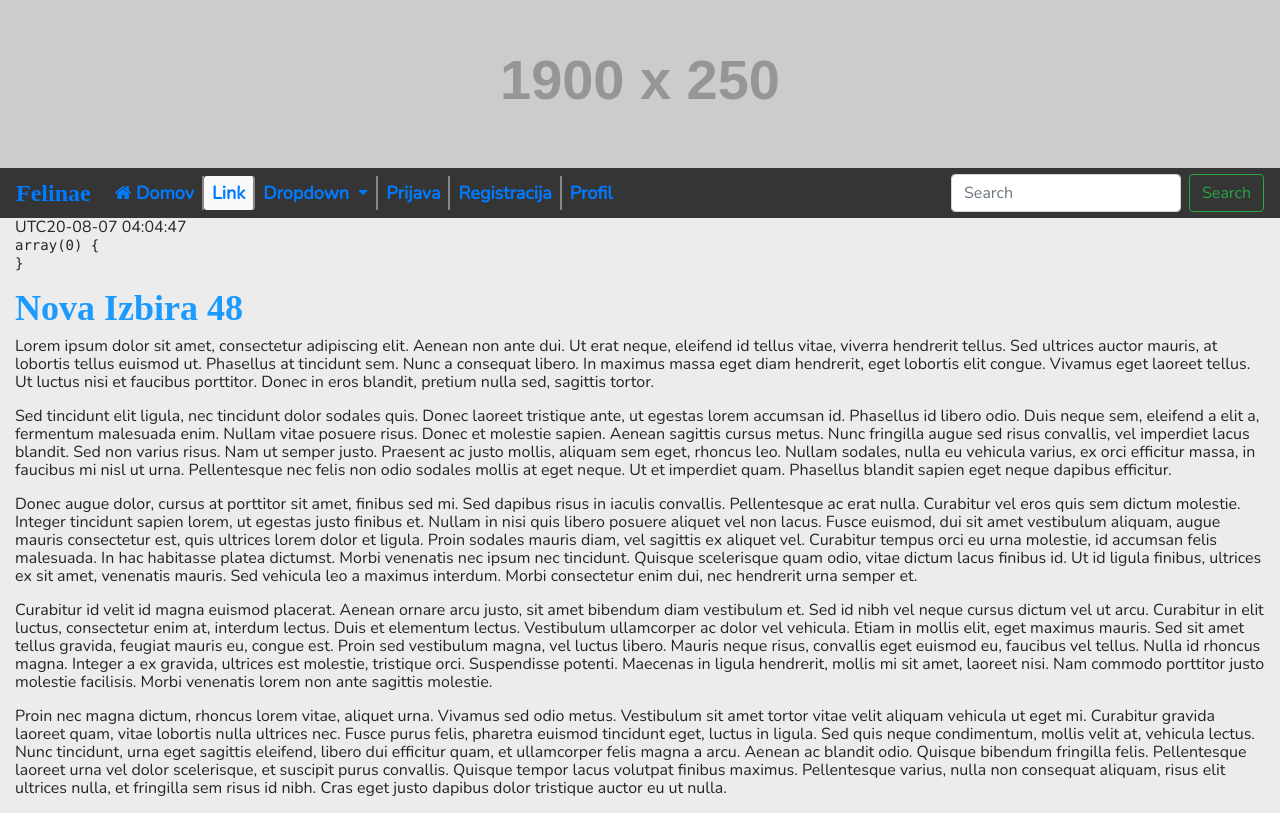
Repository: UrbyK/Felinae
Page: http://localhost/index.php?page=home
An editor plug-in stored every save of this project. The page is shown before and after the next save, followed by the edit.
The browser window is 1280 px wide. The pictures show the whole page.
Some web fonts or font styles are not loaded; a fallback is used. The page is run by PHP 8.4 with error messages shown; the project is at /var/www/html/.

Above is the page before, as saved 2020-08-13 13:51:54.

### index.php
<?php
    session_start();

    include './functions.php';

    $pdo = pdo_connect_mysql();

    $page = isset($_GET['page']) && file_exists($_GET['page']. '.php') ? $_GET['page'] : 'home';
    include $page . '.php';


?>

### functions.php
<?php
    include './includes/dbh.inc.php';

    include_once('./includes/search-functions.php');

    function template_header($title){
        include_once('./header.php');
    }

    function template_footer(){
        include_once('./footer.php');
    }


    function countries(){
        $pdo = pdo_connect_mysql();
        $stmt = $pdo->prepare("SELECT * FROM country");
        $stmt->execute();
        $result = $stmt->fetchAll(PDO::FETCH_ASSOC);
        return $result;
    }


?>

### includes/dbh.inc.php
<?php
    function pdo_connect_mysql(){
        /* credentials */
        $dbHost = 'localhost';
        $dbUser = 'root';
        $dbPass = '';
        $dbName = 'felinae';

        try{
            return new PDO('mysql:host=' . $dbHost . ';dbname=' . $dbName . ';charset=utf8', $dbUser, $dbPass);
        } catch (PDOException $exception) {
            // If there is an error with the connection, stop the script and display the error.
            die ('Failed to connect to database!'. $exception->getMessage());
        }
    }
?>

### includes/search-functions.php
<?php
    function get_city($pdo, $city, $postalCode, $country_id){

        $query = "SELECT * FROM city WHERE country_id = ? AND lower(city) LIKE lower(?) AND postalCode = ?";
        $stmt = $pdo->prepare($query);
        $stmt->execute([$country_id, $city, $postalCode]);
        return $stmt;
    }
?>

### home.php
<?=template_header('Home')?>

<?php

echo date_default_timezone_get();
echo date('y-m-d h:i:s', time());


echo '<pre>';
var_dump($_SESSION);
echo '</pre>';
?>

    <h1>Nova Izbira 48</h1>
<p>
Lorem ipsum dolor sit amet, consectetur adipiscing elit. Aenean non ante dui. Ut erat neque, eleifend id tellus vitae, viverra hendrerit tellus. Sed ultrices auctor mauris, at lobortis tellus euismod ut. Phasellus at tincidunt sem. Nunc a consequat libero. In maximus massa eget diam hendrerit, eget lobortis elit congue. Vivamus eget laoreet tellus. Ut luctus nisi et faucibus porttitor. Donec in eros blandit, pretium nulla sed, sagittis tortor.
</p>
<p>
Sed tincidunt elit ligula, nec tincidunt dolor sodales quis. Donec laoreet tristique ante, ut egestas lorem accumsan id. Phasellus id libero odio. Duis neque sem, eleifend a elit a, fermentum malesuada enim. Nullam vitae posuere risus. Donec et molestie sapien. Aenean sagittis cursus metus. Nunc fringilla augue sed risus convallis, vel imperdiet lacus blandit. Sed non varius risus. Nam ut semper justo. Praesent ac justo mollis, aliquam sem eget, rhoncus leo. Nullam sodales, nulla eu vehicula varius, ex orci efficitur massa, in faucibus mi nisl ut urna. Pellentesque nec felis non odio sodales mollis at eget neque. Ut et imperdiet quam. Phasellus blandit sapien eget neque dapibus efficitur.
</p>
<p>
Donec augue dolor, cursus at porttitor sit amet, finibus sed mi. Sed dapibus risus in iaculis convallis. Pellentesque ac erat nulla. Curabitur vel eros quis sem dictum molestie. Integer tincidunt sapien lorem, ut egestas justo finibus et. Nullam in nisi quis libero posuere aliquet vel non lacus. Fusce euismod, dui sit amet vestibulum aliquam, augue mauris consectetur est, quis ultrices lorem dolor et ligula. Proin sodales mauris diam, vel sagittis ex aliquet vel. Curabitur tempus orci eu urna molestie, id accumsan felis malesuada. In hac habitasse platea dictumst. Morbi venenatis nec ipsum nec tincidunt. Quisque scelerisque quam odio, vitae dictum lacus finibus id. Ut id ligula finibus, ultrices ex sit amet, venenatis mauris. Sed vehicula leo a maximus interdum. Morbi consectetur enim dui, nec hendrerit urna semper et.
</p>
<p>
Curabitur id velit id magna euismod placerat. Aenean ornare arcu justo, sit amet bibendum diam vestibulum et. Sed id nibh vel neque cursus dictum vel ut arcu. Curabitur in elit luctus, consectetur enim at, interdum lectus. Duis et elementum lectus. Vestibulum ullamcorper ac dolor vel vehicula. Etiam in mollis elit, eget maximus mauris. Sed sit amet tellus gravida, feugiat mauris eu, congue est. Proin sed vestibulum magna, vel luctus libero. Mauris neque risus, convallis eget euismod eu, faucibus vel tellus. Nulla id rhoncus magna. Integer a ex gravida, ultrices est molestie, tristique orci. Suspendisse potenti. Maecenas in ligula hendrerit, mollis mi sit amet, laoreet nisi. Nam commodo porttitor justo molestie facilisis. Morbi venenatis lorem non ante sagittis molestie.
</p>
<p>
Proin nec magna dictum, rhoncus lorem vitae, aliquet urna. Vivamus sed odio metus. Vestibulum sit amet tortor vitae velit aliquam vehicula ut eget mi. Curabitur gravida laoreet quam, vitae lobortis nulla ultrices nec. Fusce purus felis, pharetra euismod tincidunt eget, luctus in ligula. Sed quis neque condimentum, mollis velit at, vehicula lectus. Nunc tincidunt, urna eget sagittis eleifend, libero dui efficitur quam, et ullamcorper felis magna a arcu. Aenean ac blandit odio. Quisque bibendum fringilla felis. Pellentesque laoreet urna vel dolor scelerisque, et suscipit purus convallis. Quisque tempor lacus volutpat finibus maximus. Pellentesque varius, nulla non consequat aliquam, risus elit ultrices nulla, et fringilla sem risus id nibh. Cras eget justo dapibus dolor tristique auctor eu ut nulla.
</p>

### header.php
<!DOCTYPE html>
<html>
    <head>
        <meta charset="utf-8" content="text/html"/>
        <meta name="viewport" content="width=device-width, intital-scale=1.0"/>

        <!-- JavaScript -->
        <script src="https://code.jquery.com/jquery-3.5.1.min.js" integrity="sha256-9/aliU8dGd2tb6OSsuzixeV4y/faTqgFtohetphbbj0=" crossorigin="anonymous"></script>

        <!-- Boostrap -->
            <!-- CSS -->
        <link rel="stylesheet" href="https://stackpath.bootstrapcdn.com/bootstrap/4.5.0/css/bootstrap.min.css"
            integrity="sha384-9aIt2nRpC12Uk9gS9baDl411NQApFmC26EwAOH8WgZl5MYYxFfc+NcPb1dKGj7Sk" crossorigin="anonymous" />

            <!-- JavaScript -->
        <script src="https://stackpath.bootstrapcdn.com/bootstrap/4.5.0/js/bootstrap.bundle.min.js"
             integrity="sha384-1CmrxMRARb6aLqgBO7yyAxTOQE2AKb9GfXnEo760AUcUmFx3ibVJJAzGytlQcNXd" crossorigin="anonymous"></script>

        <!-- FONTAWESOME -->
        <link rel="stylesheet" href="https://stackpath.bootstrapcdn.com/font-awesome/4.7.0/css/font-awesome.min.css" integrity="sha384-wvfXpqpZZVQGK6TAh5PVlGOfQNHSoD2xbE+QkPxCAFlNEevoEH3Sl0sibVcOQVnN"
         crossorigin="anonymous">

         <script src="./js/active-menu.js" crossorigin="anonymous"></script>


        <!-- Custom CSS -->
        <link rel="stylesheet" href="./css/style.css"/>

        <title>Felinae</title>
    </head>

    <body>

        <header>
            <div class="banner"><img src="https://via.placeholder.com/1900x250" alt="banner"></div>
        </header>

       <!-- <nav class="navbar sticky-top navbar-expand-lg navbar-light bg-light ">-->
        <nav class="navbar sticky-top navbar-expand-lg">
            <a class="navbar-brand" href="#">Felinae</a>
            <button class="navbar-toggler ml-auto custom-toggler" type="button" data-toggle="collapse" data-target="#navbarSupportedContent" aria-controls="navbarSupportedContent" aria-expanded="false" aria-label="Toggle navigation">
                <span class="navbar-toggler-icon"></span>
            </button>

            <div class="collapse navbar-collapse" id="navbarSupportedContent">

                <ul class="navbar-nav mr-auto">
                    <li class="nav-item">
                        <a class="nav-link" href="./index.php"><i class="fa fa-home" aria-hidden="true"></i> Domov <span class="sr-only">(current)</span></a>
                    </li>
                    <li class="nav-item">
                        <a class="nav-link" href="./index.php?page=home">Link</a>
                    </li>
                    <li class="nav-item dropdown" >
                        <a class="nav-link dropdown-toggle" href="#" id="navbarDropdown" role="button" data-toggle="dropdown" aria-haspopup="true" aria-expanded="false">
                        Dropdown
                        </a>
                        <div class="dropdown-menu" aria-labelledby="navbarDropdown">
                        <a class="dropdown-item" href="#">Action</a>
                        <a class="dropdown-item" href="#">Another action</a>
                        <div class="dropdown-divider"></div>
                        <a class="dropdown-item" href="#">Something else here</a>
                        </div>
                    </li>

                    <li class="nav-item">
                        <a class="nav-link" href="./index.php?page=login">Prijava</a>
                    </li>

                    <li class="nav-item">
                        <a class="nav-link" href="./index.php?page=register-personal">Registracija</a>
                    </li>

                    <li>
                        <a class="nav-link" href="./index.php?page=profile">Profil</a>
                    </li>
                </ul>

                <form class="form-inline my-2 my-lg-0">
                    <input class="form-control mr-sm-2" type="search" placeholder="Search" aria-label="Search">
                    <button class="btn btn-outline-success my-2 my-sm-0" type="submit">Search</button>
                </form>

            </div>
        </nav>

    <div class="container-fluid">

### js/active-menu.js
$(function(){
    // this will get the full URL at the address bar
    var url = window.location.href;

    // passes on every "a" tag
    $(".navbar a").each(function() {
            // checks if its the same on the address bar
        if(url == (this.href)) {
            $(this).closest("li").addClass("active");
        }
    });
});

### css/style.css
@import url('http://fonts.googleapis.com/css?family=Oxygen+Mono');
@import url('https://fonts.googleapis.com/css?family=Damion|Neucha|Pacifico|Yellowtail&display=swap');
@import url('https://fonts.googleapis.com/css2?family=Crimson+Text&family=Nunito&family=Overlock&family=Source+Sans+Pro&display=swap');
@import url('https://fonts.googleapis.com/css2?family=Love+Ya+Like+A+Sister&display=swap');

body{
    padding: 0;
    margin: 0 auto;
    font-size: 16px;
    line-height: 1.125em;

    font-family: 'Nunito', 'Source Sans Pro', sans-serif;
    background-color: #ececec;
}

h1, h2, h3, h4, h5, h6{
    font-family: 'Overlock', 'Crimson Text', cursive, serif;
    color: #1b9bff;
    font-weight: 550;
    line-height: 1.125em;
}

h1{
    font-size: 36px;
}
h2{
    font-size: 32px;
}
h3{
    font-size: 28px;
}
h4{
    font-size: 24px;
}
h5{
    font-size: 20px;
}
h6{
    font-size: 16px;
}
/* BANNER */
.banner img{
    width: 100%;
    height: auto;
}

/*NAVBAR*/
.navbar{
    background-color: rgb(53,53,53);
    font-size: 18px;
    font-weight: 600;
    max-height: 50px;
}

.navbar-brand{
    font-size: 24px;
    font-family: 'Love Ya Like A Sister','Overlock';
    font-weight: 800;

}

.custom-toggler .navbar-toggler-icon {
    background-image: url("data:[embedded picture, 239 characters]");
  }

  .custom-toggler, .navbar-toggler {
    border-color: rgb(27, 155, 255);
    border-width: 2px;
  }

  .active{
    background-color: #FAFAFA;
    border-radius: 3px;
  }
.navbar-nav .nav-item{
    border-right: 2px solid #888;
}


/*REGISTER/LOGIN FORM*/

.my-form .hint{
    font-size: 10px;
}

After the next save:
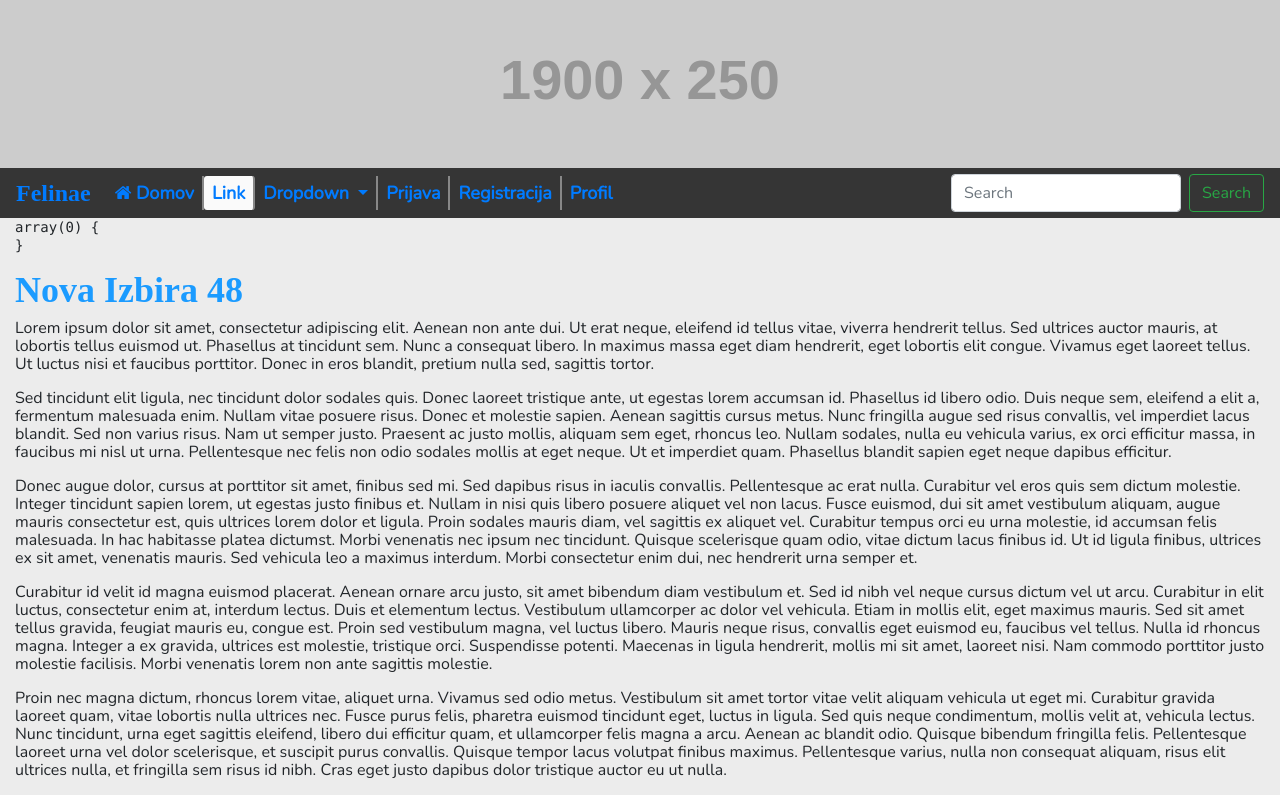
Saved 72 min 30 s later.
--- a/home.php
+++ b/home.php
@@ -1,10 +1,6 @@
 <?=template_header('Home')?>
 
 <?php
-
-echo date_default_timezone_get();
-echo date('y-m-d h:i:s', time());
-
 
 echo '<pre>';
 var_dump($_SESSION);
